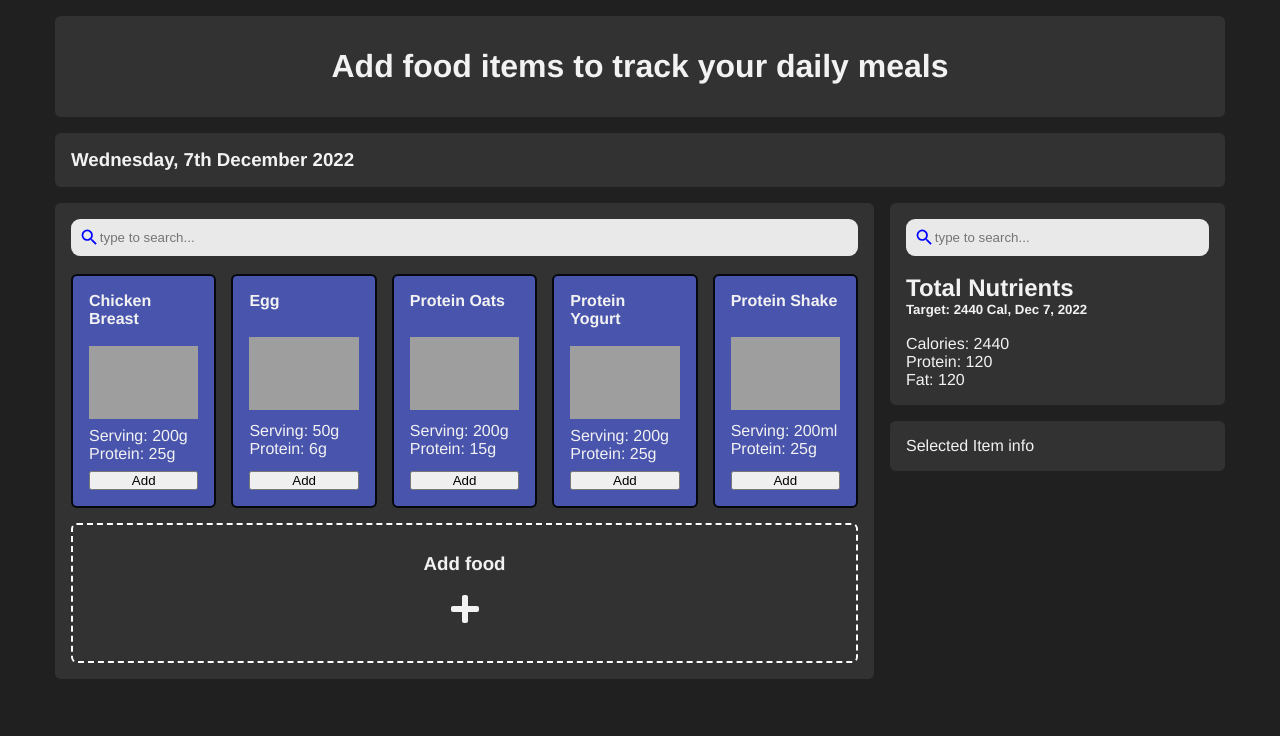
Repository: CEEPREL/NutritionTracker
Page: /
These files come from the project's save history. The page is drawn as it stood at one moment and after a run of saves; the edit follows.
The browser window is 1280 px wide. The pictures show the whole page.
Pictures or frames that could not be fetched are drawn as grey boxes. The project was rebuilt for these pictures with package versions that can differ from the ones it lists, and the page was loaded fresh each time. Also part of the build but not shown: vite.config.js.

Above is the page before, as saved 2022-12-08 20:12:04.

### public/index.html
<!DOCTYPE html>
<html lang="en">

<head>
  <meta charset="utf-8" />
  <link rel="icon" href="%PUBLIC_URL%/favicon.ico" />
  <meta name="viewport" content="width=device-width, initial-scale=1" />
  <meta name="theme-color" content="#000000" />
  <meta name="description" content="Web site created using create-react-app" />
  <link rel="apple-touch-icon" href="%PUBLIC_URL%/logo192.png" />
  <!--
      manifest.json provides metadata used when your web app is installed on a
      user's mobile device or desktop. See https://developers.google.com/web/fundamentals/web-app-manifest/
    -->
  <link rel="manifest" href="%PUBLIC_URL%/manifest.json" />
  <!--
      Notice the use of %PUBLIC_URL% in the tags above.
      It will be replaced with the URL of the `public` folder during the build.
      Only files inside the `public` folder can be referenced from the HTML.

      Unlike "/favicon.ico" or "favicon.ico", "%PUBLIC_URL%/favicon.ico" will
      work correctly both with client-side routing and a non-root public URL.
      Learn how to configure a non-root public URL by running `npm run build`.
    -->
  <title>React App</title>
  <!-- CSS only
  <link href="https://cdn.jsdelivr.net/npm/bootstrap@5.2.3/dist/css/bootstrap.min.css" rel="stylesheet"
    integrity="sha384-rbsA2VBKQhggwzxH7pPCaAqO46MgnOM80zW1RWuH61DGLwZJEdK2Kadq2F9CUG65" crossorigin="anonymous"> -->

</head>

<body>
  <noscript>You need to enable JavaScript to run this app.</noscript>
  <div id="root"></div>

  <!-- JavaScript Bundle with Popper -->
  <!-- <script src="https://cdn.jsdelivr.net/npm/bootstrap@5.2.3/dist/js/bootstrap.bundle.min.js"
    integrity="sha384-kenU1KFdBIe4zVF0s0G1M5b4hcpxyD9F7jL+jjXkk+Q2h455rYXK/7HAuoJl+0I4"
    crossorigin="anonymous"></script> -->

</body>

</html>

### src/App.js
/* eslint-disable jsx-a11y/img-redundant-alt */
import React, { useState, useEffect } from 'react';
import './App.css';
import './styles/searchFood.css';
import data from './data';

import CalculateNutrients from './components/CalculateNutrients';
import FoodList from './components/FoodList';
import Header from './components/Header';

const App = () => {

  //   const [foods, setFoods] = useState([
  //     {
  //         name: "Chicken Breast",
  //         size: "200g",
  //         protein: "25g",
  //         category: "lunch"
  //     }, {
  //         name: "Egg",
  //         size: "50g",
  //         protein: "6g",
  //         category: "breakfast"
  //     }, {
  //         name: "Protein Oats",
  //         size: "200g",
  //         protein: "15g",
  //         category: "breakfast"
  //     }, {
  //         name: "Protein Yogurt",
  //         size: "200g",
  //         protein: "25g",
  //         category: "breakfast"
  //     }, {
  //         name: "Protein Shake",
  //         size: "200ml",
  //         protein: "25g",
  //         category: "lunch"
  //     }
  //  ]);

  const { food_data } = data;
  return (
    <div className="container">
      <Header />

      <div className="wrapper-card">
        <h3>Wednesday, 7th December 2022</h3>
      </div>

      <div className="row">

        <div className="col-left">
          <div className="wrapper-card">
            <FoodList food_data={food_data} />
          </div>
        </div>

        <div className="col-right">
          <div className="wrapper-card">
            <CalculateNutrients />
          </div>

          <div className="wrapper-card">
            Selected Item info
          </div>

        </div>

      </div>

    </div>
  );
}



export default App;

### src/App.css
* {
  margin: 0;
  padding: 0;
  box-sizing: border-box;
}

code {
  font-family: source-code-pro, Menlo, Monaco, Consolas, 'Courier New',
    monospace;
}

body {
  font-family: 'Helvetica', BlinkMacSystemFont, 'Segoe UI', 'Roboto', 'Oxygen',
    'Ubuntu', 'Cantarell', 'Fira Sans', 'Droid Sans', 'Helvetica Neue',
    sans-serif;
  -webkit-font-smoothing: antialiased;
  -moz-osx-font-smoothing: grayscale;
  background: #202020;
  color: #F2F2F2;
}

.container {
  max-width: 1200px;
  justify-content: center;
  align-items: center;
  margin-left: auto;
  margin-right: auto;
  margin-top: 1rem;
  padding-right: 15px;
  padding-left: 15px;
  min-height: 100vh;
}

.header {
  padding: 2rem;
  background-color:  #323232;
  display: flex;
  flex-direction: column;
  align-items: center;
  justify-content: center;
  margin-bottom: 1rem;
  border-radius: 6px;
}

.col-left{
  float: left;
  width: 70%;
}

.col-right{
  float: left;
  width: 30%;
  padding-left: 1rem;
}

.wrapper-card {
  background-color: #323232;
  padding: 1rem;
  border-radius: 6px;
  margin-bottom: 1rem;
}

.foodList {
  display: flex;
  flex-wrap: wrap;
  gap:15px;

  /* display: grid;
  grid-gap: 1rem;
  grid-template-columns: repeat(auto-fill, minmax(180px, 1fr)); */
}

.food-card {
  min-height:8rem;
  min-width:9rem;

  border-radius: 6px;
  background-color: #4954ad;
  border: 2px solid rgb(4, 7, 12);
  padding: 1rem;

  display: flex;
  flex-direction: column;
  align-items: left;
  justify-content: space-between;
  flex: 0.5;
  cursor: pointer;

}

.food-title {
  padding-bottom: 2rem;
}
.food-nutrients {
  padding-top: 0.5rem;
  padding-bottom: 0.5rem;
}
.new-card{
  min-height:140px;
  min-width:  18rem;
  border-radius: 6px;
  border: 2px dashed rgb(255, 255, 255);
  padding: 1rem;

  display: flex;
  flex-direction: column;
  align-items: center;
  justify-content: center;
  flex: 1;
  cursor: pointer;
}

@media screen and (max-width: 960px) {
  .col-left, .col-right {
    width: 100%;
    padding: 0;
  }
}


/* Clear floats after the columns
.row:after {
  content: "";
  display: table;
  clear: both;
} */

### src/styles/searchFood.css
.searchFood {
    padding: 0.5rem;
    background-color:  #323232;
    display: flex;
    align-items: center;
    background-color: rgb(233,233,233);
    border-radius: 9px;

  }
  .searchFood input {
    border: none;
    background-color: rgb(233,233,233);

  }

  .searchFood input:focus {
    outline: none;
  }

### src/data.js

const data = {

    food_data: [
        {
            id: '1',
            name: "Chicken Breast",
            size: "200g",
            protein: "25g",
            category: "lunch",
            image: 'https://picsum.photos/id/190/2400/1600/'
        }, {
            id: '2',
            name: "Egg",
            size: "50g",
            protein: "6g",
            category: "breakfast",
            image: 'https://picsum.photos/id/170/2400/1600/'
        }, {
            id: '3',
            name: "Protein Oats",
            size: "200g",
            protein: "15g",
            category: "breakfast",
            image: 'https://picsum.photos/id/180/2400/1600/'
        }, {
            id: '4',
            name: "Protein Yogurt",
            size: "200g",
            protein: "25g",
            category: "breakfast",
            image: 'https://picsum.photos/id/170/2400/1600/'
        }, {
            id: '5',
            name: "Protein Shake",
            size: "200ml",
            protein: "25g",
            category: "lunch",
            image: 'https://picsum.photos/id/130/2400/1600/'
        }
    ],
};

export default data;

### src/components/CalculateNutrients.js
import React from 'react'
import SearchFood from './SearchFood'

function CalculateNutrients() {
  return (
    <div className="calculateNutrients">
      <SearchFood/>
      <br></br>
      <h2>Total Nutrients</h2>
      <h5>Target: 2440 Cal, Dec 7, 2022</h5>
      <br></br>
      <p>Calories: 2440</p>
      <p>Protein: 120</p>
      <p>Fat: 120</p>
    </div>
  )
}

export default CalculateNutrients

### src/components/FoodList.js
import { FaPlus } from 'react-icons/fa';
import Food from './Food';
import SearchFood from './SearchFood';

const FoodList = ({ food_data }) => {
    return (
        <div>
            <SearchFood />
            <br></br>

            <div className="foodList">
                {food_data.map((food) =>
                    <Food
                        key={food.id}
                        name={food.name}
                        size={food.size}
                        protein={food.protein}
                        image={food.image}
                    />
                )}

                {/*
                <Food name="Salad" serving="300g" protein="4g" />
                <Food name="Chicken" serving="500g" protein="21g" />
                <Food name="Peanut Butter" serving="30g" protein="6g" />
                <Food name="Peanut Butter" serving="30g" protein="6g" />
                <Food name="Peanut Butter" serving="30g" protein="6g" />
                <Food />
                */}
                <div className="new-card">
                    <h3>Add food </h3><br></br>
                    <h1><FaPlus /></h1>

                </div>
            </div>
        </div>

    )
}

export default FoodList

### src/components/Header.js
import React from 'react'
import SearchFood from './SearchFood'

function Header(props) {
    return (

        <div className="header">
            <h1>Add food items to track your daily meals</h1>
        </div>

    )
}

export default Header

### src/components/SearchFood.js
import React from 'react'
import { MdSearch } from 'react-icons/md'

function SearchFood() {
    return (
        <div className="searchFood">
            <MdSearch className="search-icons" size="1.3em" color="blue"/>
            <input
                // onChange={(event) => handleSearchNote(event.target.value)}
                type="text"
                placeholder="type to search...">

            </input>
        </div>
    )
}

export default SearchFood

### src/components/Food.js
import React from 'react'

const Food = ({ id, name, size, protein, image }) => {
    return (
        <div className="food-card">
            <div className="food-name">
                <h4 ><strong>{name}</strong></h4>
            </div>
            <br></br>
            <img className="small" src={image} alt={name}></img>
            <div className="food-nutrients">
                <p>Serving: {size}</p>
                <p>Protein: {protein}</p>
            </div>
            <button>Add</button>

        </div>
    )
}

Food.defaultProps = {
    name: "Enter Food",
    serving: "0g",
    protein: "0g"
}

export default Food

Loaded but not shown: src/index.js (common file)

After the next 2 saves:
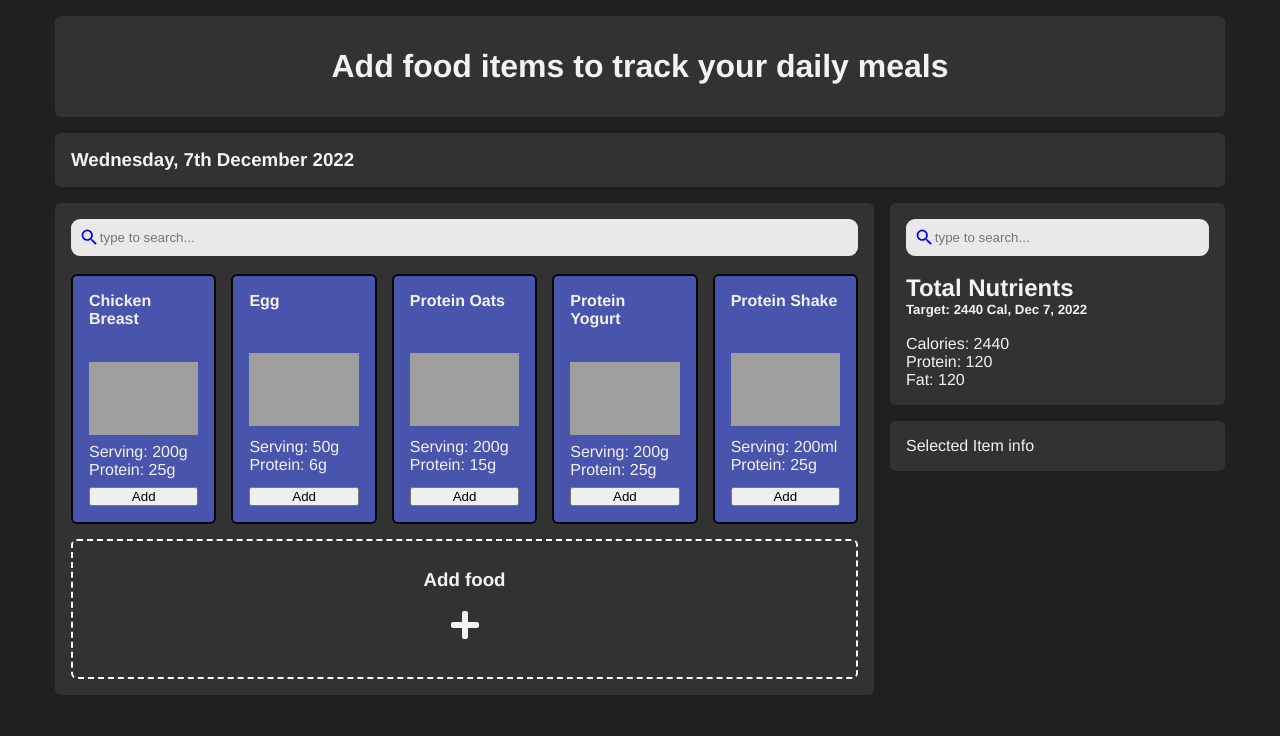
The 2 saves are shown as one change because they came seconds apart.
The last was saved 16 s later.
--- a/src/App.css
+++ b/src/App.css
@@ -88,8 +88,8 @@ body {
 
 }
 
-.food-title {
-  padding-bottom: 2rem;
+.food-name {
+  padding-bottom: 1rem;
 }
 .food-nutrients {
   padding-top: 0.5rem;
